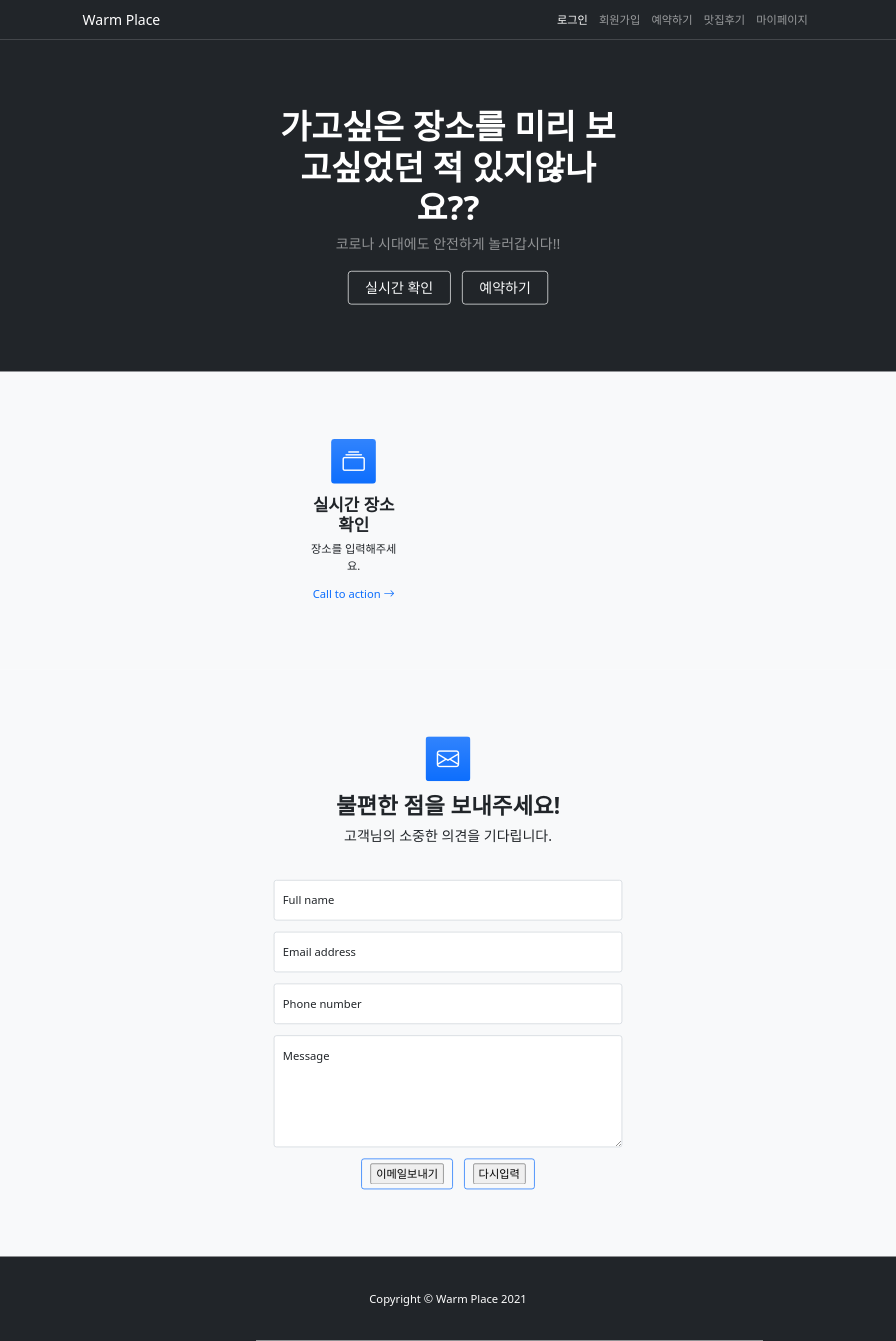
Repository: jaunnnngs/HackaTone
Page: http://localhost/StunProjects/St_Join/main.jsp
An editor plug-in stored every save of this project. The page is shown before and after the next save, followed by the edit.
The browser window is 1280 px wide. The pictures show the whole page, at 70% of full size.
Some web libraries are served in a nearby version. The page is served by Tomcat 9. Other server files are loaded and not shown.

Above is the page before, as saved 2021-08-05 08:31:05.

### STUN_TEAM/StunProjects/src/main/webapp/St_Join/main.jsp
<%@ page language="java" contentType="text/html; charset=UTF-8" pageEncoding="UTF-8"%>
<!DOCTYPE html>
<html>
    <head>
        <meta charset="utf-8" />
        <meta name="viewport" content="width=device-width, initial-scale=1, shrink-to-fit=no" />
        <meta name="description" content="" />
        <meta name="author" content="" />
        <title>Warm Place_main</title>
        <!-- Favicon-->
        <link rel="icon" type="image/x-icon" href="assets/favicon.ico" />
        <!-- Bootstrap icons-->
        <link href="https://cdn.jsdelivr.net/npm/bootstrap-icons@1.4.1/font/bootstrap-icons.css" rel="stylesheet" />
        <!-- Core theme CSS (includes Bootstrap)-->
        <link href="css/styles.css" rel="stylesheet" />
    </head>
    <body>
   <%
	// 현재 세션 상태를 체크한다
	String userID = null;
	if (session.getAttribute("userID") != null) {
		userID = (String) session.getAttribute("userID");
	}
	%>

        <!-- Responsive navbar-->
        <nav class="navbar navbar-expand-lg navbar-dark bg-dark">
            <div class="container px-5">
                <a class="navbar-brand" href="../St_Join/main.jsp">Warm Place</a>
                <button class="navbar-toggler" type="button" data-bs-toggle="collapse" data-bs-target="#navbarSupportedContent" aria-controls="navbarSupportedContent" aria-expanded="false" aria-label="Toggle navigation"><span class="navbar-toggler-icon"></span></button>
                 <div class="collapse navbar-collapse" id="navbarSupportedContent">
                 <%
					// 로그인 하지 않았을 때 보여지는 화면
					if(userID == null){
				%>
                    <ul class="navbar-nav ms-auto mb-2 mb-lg-0">
                        <li class="nav-item"><a class="nav-link active" aria-current="page" href="../St_board/login.jsp">로그인</a></li>
                        <li class="nav-item"><a class="nav-link" href="../St_Join/st_userJoin.jsp">회원가입</a></li>
                        <li class="nav-item"><a class="nav-link" href="../St_Reservation/map.jsp">예약하기</a></li>
                        <li class="nav-item"><a class="nav-link" href="../St_board/bbs.jsp">맛집후기</a></li>
                        <li class="nav-item"><a class="nav-link" href="#!">마이페이지</a></li>
                    </ul>
				<%
				// 로그인이 되어 있는 상태에서 보여주는 화면
					}else{
				%>
                    <ul class="navbar-nav ms-auto mb-2 mb-lg-0">
                        <li class="nav-item"><a class="nav-link active" aria-current="page" href="../St_board/logoutAction.jsp">로그아웃</a></li>
                        <li class="nav-item"><a class="nav-link" href="../St_Join/st_userJoin.jsp">회원가입</a></li>
                        <li class="nav-item"><a class="nav-link" href="../St_Reservation/map.jsp">예약하기</a></li>
                        <li class="nav-item"><a class="nav-link" href="../St_board/bbs.jsp">맛집후기</a></li>
                        <li class="nav-item"><a class="nav-link" href="#!">마이페이지</a></li>
                    </ul>
                    <%
				}
			%>
                </div>
            </div>
        </nav>

	    <!-- Header-->
        <header class="bg-dark py-5">
            <div class="container px-5">
                <div class="row gx-5 justify-content-center">
                    <div class="col-lg-6">
                        <div class="text-center my-5">
                            <h1 class="display-5 fw-bolder text-white mb-2">가고싶은 장소를 미리 보고싶었던 적 있지않나요??</h1>
                            <p class="lead text-white-50 mb-4">코로나 시대에도 안전하게 놀러갑시다!!</p>
                            <div class="d-grid gap-3 d-sm-flex justify-content-sm-center">
                                <a class="btn btn-outline-light btn-lg px-4" href="#features">실시간 확인</a>
                                <a class="btn btn-outline-light btn-lg px-4" href="../St_Reservation/map.jsp">예약하기</a>
                            </div>
                        </div>
                    </div>
                </div>
            </div>
        </header>
        <!-- Features section-->
        <section class="bg-light py-5" id="features">
            <div class="container px-5 my-5 px-5" style="width:500px;">
                <div class="text-center mb-5">
                    <div class="col-lg-4 mb-5 mb-lg-0">
                        <div class="feature bg-primary bg-gradient text-white rounded-3 mb-3"><i class="bi bi-collection"></i></div>
                        <h2 class="h4 fw-bolder">실시간 장소확인</h2>
                        <p>장소를 입력해주세요.</p>
                        <a class="text-decoration-none" href="#!">
                            Call to action
                            <i class="bi bi-arrow-right"></i>
                        </a>
                    </div>

                </div>
            </div>
        </section>


        <!-- Contact section-->
        <section class="bg-light py-5">
            <div class="container px-5 my-5 px-5">
                <div class="text-center mb-5">
                    <div class="feature bg-primary bg-gradient text-white rounded-3 mb-3"><i class="bi bi-envelope"></i></div>
                    <h2 class="fw-bolder">불편한 점을 보내주세요!</h2>
                    <p class="lead mb-0">고객님의 소중한 의견을 기다립니다.</p>
                </div>
                <div class="row gx-5 justify-content-center">
                    <div class="col-lg-6">
                        <!-- * * * * * * * * * * * * * * *-->
                        <!-- * * SB Forms Contact Form * *-->
                        <!-- * * * * * * * * * * * * * * *-->
                        <!-- This form is pre-integrated with SB Forms.-->
                        <!-- To make this form functional, sign up at-->
                        <!-- https://startbootstrap.com/solution/contact-forms-->
                        <!-- to get an API token!-->

                            <form action="./main_mailaction.jsp"method="post" id="contactForm" data-sb-form-api-token="API_TOKEN">

                            <!-- Name input-->
                            <div class="form-floating mb-3">
                                <input class="form-control" id="name" type="text" placeholder="Enter your name..." data-sb-validations="required" />
                                <label for="name">Full name</label>
                                <div class="invalid-feedback" data-sb-feedback="name:required">A name is required.</div>
                            </div>
                            <!-- Email address input-->
                            <div class="form-floating mb-3">
                                <input class="form-control" id="email" type="email" placeholder="name@example.com" data-sb-validations="required,email" />
                                <label for="email">Email address</label>
                                <div class="invalid-feedback" data-sb-feedback="email:required">An email is required.</div>
                                <div class="invalid-feedback" data-sb-feedback="email:email">Email is not valid.</div>
                            </div>
                            <!-- Phone number input-->
                            <div class="form-floating mb-3">
                                <input class="form-control" id="phone" type="tel" placeholder="(123) 456-7890" data-sb-validations="required" />
                                <label for="phone">Phone number</label>
                                <div class="invalid-feedback" data-sb-feedback="phone:required">A phone number is required.</div>
                            </div>
                            <!-- Message input-->
                            <div class="form-floating mb-3">
                                <textarea class="form-control" id="message" type="text" placeholder="Enter your message here..." style="height: 10rem" data-sb-validations="required"></textarea>
                                <label for="message">Message</label>
                                <div class="invalid-feedback" data-sb-feedback="message:required">A message is required.</div>
                            </div>
                            <!-- 제출 성공시 뜨는 메세지-->
                            <!---->
                            <!-- This is what your users will see when the form-->
                            <!-- has successfully submitted-->
                            <div class="d-none" id="submitSuccessMessage">
                                <div class="text-center mb-3">
                                    <div class="fw-bolder">Form submission successful!</div>
                                    To activate this form, sign up at
                                    <br />
                                    <a href="https://startbootstrap.com/solution/contact-forms">https://startbootstrap.com/solution/contact-forms</a>
                                </div>
                            </div>
                            <!-- 제출 에러 메세지-->
                            <!---->
                            <!-- This is what your users will see when there is-->
                            <!-- an error submitting the form-->
                            <div class="d-none" id="submitErrorMessage"><div class="text-center text-danger mb-3">Error sending message!</div></div>
                            <!--마지막 버튼!  -->
                            <div class="d-grid gap-3 d-sm-flex justify-content-sm-center">
							<a class="btn btn-outline-primary"><input type="submit" value="이메일보내기"></a>
							<a class="btn btn-outline-primary"><input type="reset" value="다시입력"></a></div>
							</form>
                    </div>
                </div>
            </div>
        </section>
        <!-- Footer-->
        <footer class="py-5 bg-dark">
            <div class="container px-5"><p class="m-0 text-center text-white">Copyright &copy; Warm Place 2021</p></div>
        </footer>
        <!-- Bootstrap core JS-->
        <script src="https://cdn.jsdelivr.net/npm/bootstrap@5.0.2/dist/js/bootstrap.bundle.min.js"></script>
        <!-- Core theme JS-->
        <script src="js/scripts.js"></script>
        <!-- * * * * * * * * * * * * * * * * * * * * * * * * * * * * * * * * * * * * * * * *-->
        <!-- * *                               SB Forms JS                               * *-->
        <!-- * * Activate your form at https://startbootstrap.com/solution/contact-forms * *-->
        <!-- * * * * * * * * * * * * * * * * * * * * * * * * * * * * * * * * * * * * * * * *-->
        <script src="https://cdn.startbootstrap.com/sb-forms-latest.js"></script>
    </body>
</html>

### STUN_TEAM/StunProjects/src/main/webapp/St_Join/js/scripts.js
/*!
* Start Bootstrap - Business Frontpage v5.0.3 (https://startbootstrap.com/template/business-frontpage)
* Copyright 2013-2021 Start Bootstrap
* Licensed under MIT (https://github.com/StartBootstrap/startbootstrap-business-frontpage/blob/master/LICENSE)
*/
// This file is intentionally blank
// Use this file to add JavaScript to your project

Loaded but not shown: STUN_TEAM/StunProjects/src/main/webapp/St_Join/css/styles.css (library)

After the next save:
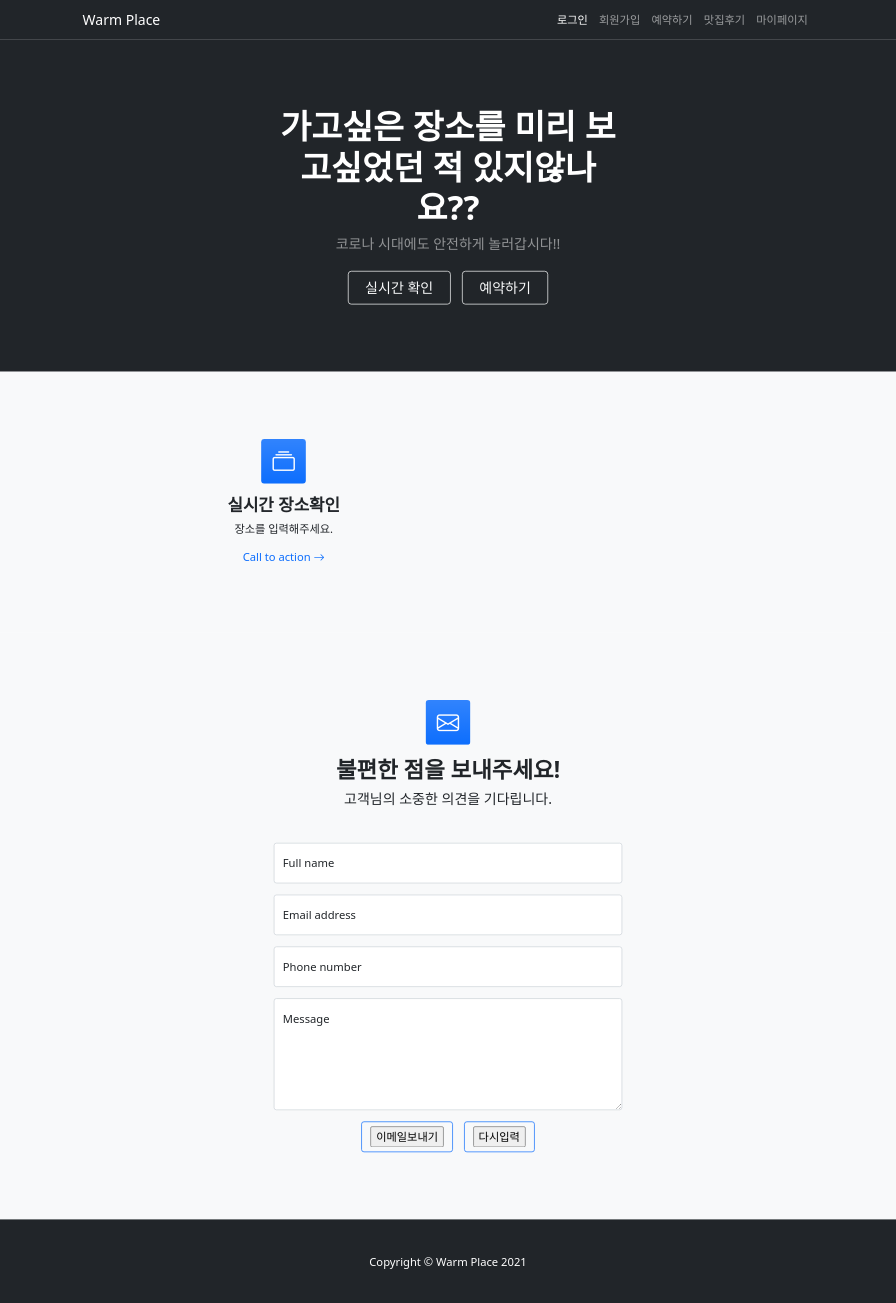
Saved 12 s later.
--- a/STUN_TEAM/StunProjects/src/main/webapp/St_Join/main.jsp
+++ b/STUN_TEAM/StunProjects/src/main/webapp/St_Join/main.jsp
@@ -77,7 +77,7 @@
         </header>
         <!-- Features section-->
         <section class="bg-light py-5" id="features">
-            <div class="container px-5 my-5 px-5" style="width:500px;">
+            <div class="container px-5 my-5 px-5" style="width:800px;">
                 <div class="text-center mb-5">
                     <div class="col-lg-4 mb-5 mb-lg-0">
                         <div class="feature bg-primary bg-gradient text-white rounded-3 mb-3"><i class="bi bi-collection"></i></div>
